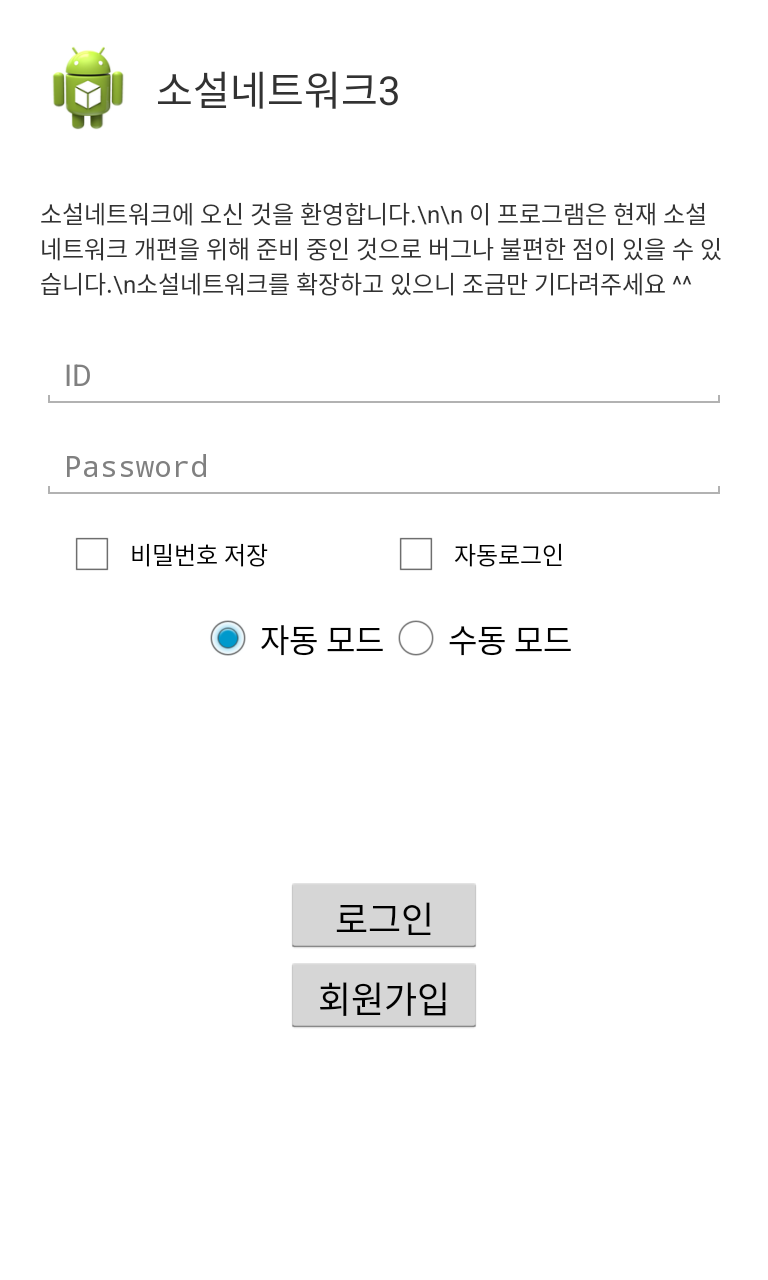
Repository: yjaeseok/gnssm_android_codelab
Layout: source/Day2-View/res/layout/test.xml
These files come from the project's save history. The layout is drawn as it stood at one moment and after the next save; the edit follows.
It is drawn on a 768 x 1280 px phone screen (xhdpi) without system bars, with theme AppTheme; the app's code is not run.

Above is the layout before, as saved 2014-04-01 16:20:41.

### source/Day2-View/res/layout/test.xml
<?xml version="1.0" encoding="utf-8"?>
<LinearLayout xmlns:android="http://schemas.android.com/apk/res/android"
    android:layout_width="match_parent"
    android:layout_height="match_parent"
    android:background="@android:color/white"
    android:focusable="true"
    android:focusableInTouchMode="true"
    android:gravity="center"
    android:orientation="vertical"
    android:padding="20dp" >

    <LinearLayout
        android:layout_width="match_parent"
        android:layout_height="150dp"
        android:orientation="vertical"
        android:paddingBottom="20dp" >

        <LinearLayout
            android:layout_width="match_parent"
            android:layout_height="wrap_content" >

            <ImageView
                android:layout_width="wrap_content"
                android:layout_height="wrap_content"
                android:src="@drawable/ic_launcher" />

            <TextView
                android:layout_width="wrap_content"
                android:layout_height="match_parent"
                android:gravity="center_vertical"
                android:text="  소설네트워크3"
                android:textSize="20dp" >
            </TextView>
        </LinearLayout>

        <TextView
            android:layout_width="match_parent"
            android:layout_height="match_parent"
            android:gravity="bottom"
            android:text="소설네트워크에 오신 것을 환영합니다.\n\n 이 프로그램은 현재 소설네트워크 개편을 위해 준비 중인 것으로 버그나 불편한 점이 있을 수 있습니다.\n소설네트워크를 확장하고 있으니 조금만 기다려주세요 ^^"
            android:textSize="12dp" />
    </LinearLayout>

    <EditText
        android:id="@+id/edit_id"
        android:layout_width="fill_parent"
        android:layout_height="wrap_content"
        android:hint="ID"
        android:singleLine="true"
        android:textSize="15dp" />

    <LinearLayout
        android:layout_width="fill_parent"
        android:layout_height="10dp" />

    <EditText
        android:id="@+id/edit_password"
        android:layout_width="fill_parent"
        android:layout_height="wrap_content"
        android:hint="Password"
        android:inputType="textPassword"
        android:singleLine="true"
        android:textSize="15dp" />

    <LinearLayout
        android:layout_width="fill_parent"
        android:layout_height="wrap_content"
        android:gravity="center"
        android:orientation="horizontal"
        android:padding="10dp" >

        <CheckBox
            android:id="@+id/chk_save_password"
            android:layout_width="0dp"
            android:layout_height="wrap_content"
            android:layout_weight="1"
            android:text=" 비밀번호 저장"
            android:textSize="12dp" />

        <CheckBox
            android:id="@+id/chk_auto_login"
            android:layout_width="0dp"
            android:layout_height="wrap_content"
            android:layout_weight="1"
            android:text=" 자동로그인"
            android:textSize="12dp" />
    </LinearLayout>

    <RadioGroup
        android:layout_width="wrap_content"
        android:layout_height="wrap_content"
        android:orientation="horizontal" >

        <RadioButton
            android:layout_width="wrap_content"
            android:layout_height="wrap_content"
            android:checked="true"
            android:text="자동 모드" />

        <RadioButton
            android:layout_width="wrap_content"
            android:layout_height="wrap_content"
            android:text="수동 모드" />
    </RadioGroup>

    <LinearLayout
        android:layout_width="fill_parent"
        android:layout_height="fill_parent"
        android:gravity="center"
        android:orientation="vertical"
        android:padding="10dp" >

        <Button
            android:id="@+id/btn_login"
            android:layout_width="wrap_content"
            android:layout_height="40dp"
            android:gravity="center"
            android:minWidth="100dp"
            android:text="로그인" />

        <Button
            android:id="@+id/btn_join"
            android:layout_width="wrap_content"
            android:layout_height="40dp"
            android:gravity="center"
            android:minWidth="100dp"
            android:text="회원가입" />
    </LinearLayout>

</LinearLayout>

Loaded but not shown: source/Day2-View/res/values/styles.xml (common file); source/Day2-View/res/values-v11/styles.xml (common file); source/Day2-View/res/values-v14/styles.xml (common file)

After the next save:
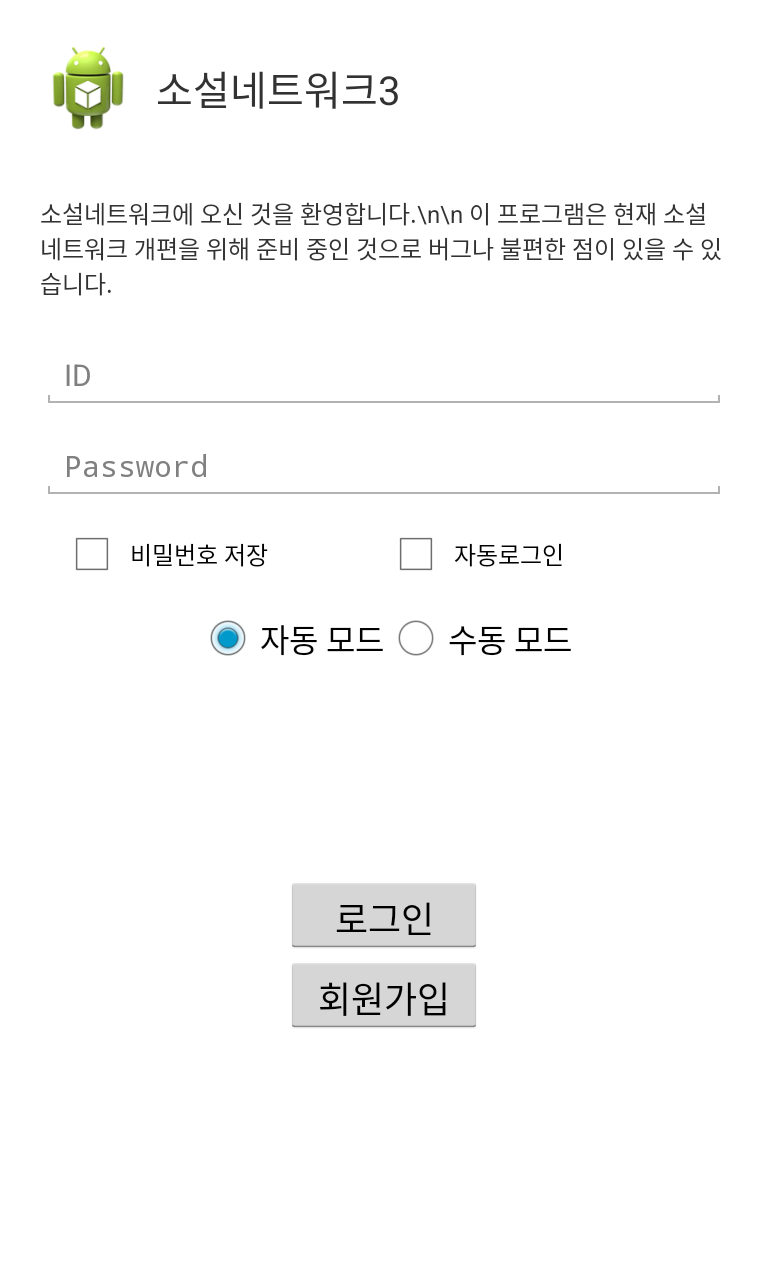
Saved 7 s later.
--- a/source/Day2-View/res/layout/test.xml
+++ b/source/Day2-View/res/layout/test.xml
@@ -37,7 +37,7 @@
             android:layout_width="match_parent"
             android:layout_height="match_parent"
             android:gravity="bottom"
-            android:text="소설네트워크에 오신 것을 환영합니다.\n\n 이 프로그램은 현재 소설네트워크 개편을 위해 준비 중인 것으로 버그나 불편한 점이 있을 수 있습니다.\n소설네트워크를 확장하고 있으니 조금만 기다려주세요 ^^"
+            android:text="소설네트워크에 오신 것을 환영합니다.\n\n 이 프로그램은 현재 소설네트워크 개편을 위해 준비 중인 것으로 버그나 불편한 점이 있을 수 있습니다."
             android:textSize="12dp" />
     </LinearLayout>
 
